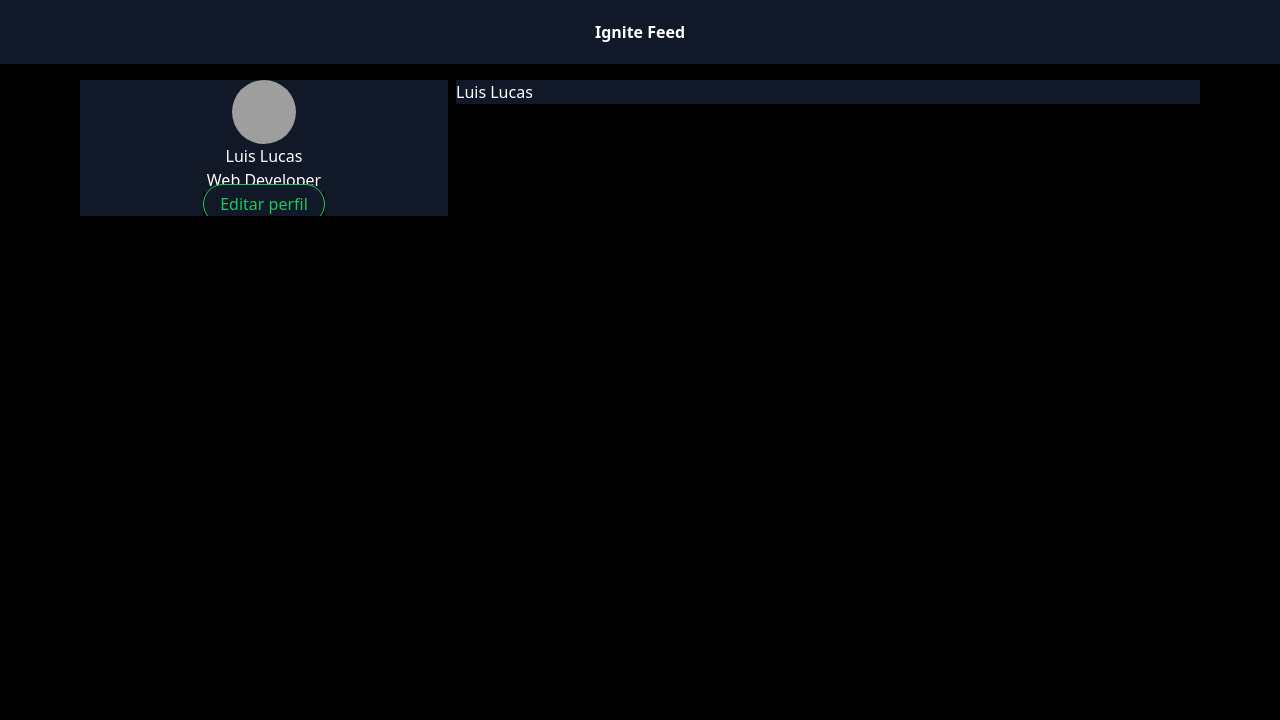
Repository: LuisSempre/ignite-feed
Page: /
The author's editor kept a copy of each file at every save. The page is drawn from the files as they stood at one save, then again after the next save.
The browser window is 1280 px wide. The pictures show the whole page.
Pictures or frames that could not be fetched are drawn as grey boxes. The project was rebuilt for these pictures with package versions that can differ from the ones it lists, and the page was loaded fresh each time. Also part of the build but not shown: vite.config.js.

Above is the page before, as saved 2022-07-13 21:36:17.

### src/App.jsx
import { Header } from "./Components/Header"
import { Sidebar } from "./Components/Sidebar"
function App() {
  return (
    <div>
      <Header />
      <div className="max-w-6xl mx-auto p-4 grid grid-cols-3 gap-2 items-start">
        <Sidebar />
        <div className="bg-gray-900 col-span-2">
          Luis Lucas
        </div>
      </div>
    </div>
  );
}

export default App;

### src/index.css
@tailwind base;
@tailwind components;
@tailwind utilities;

* {
    @apply bg-black text-white;
}

h1, span, a {
    @apply bg-gray-900
}

### src/Components/Header.jsx
export function Header() {
  return (
    <div className="flex max-w-7xl items-center justify-center h-16 bg-gray-900">
      <h1 className="font-bold bg-gray-900">Ignite Feed</h1>
    </div>
  )
}

### src/Components/Sidebar.jsx
export function Sidebar() {
  return (
    <div className="bg-gray-900 justify-center items-center flex flex-col text-center overflow-hidden object-cover">
      <img
        className="w-16 h-16 rounded-full"
        src="https://avatars.githubusercontent.com/u/32404639?v=4"
        alt=""
      />
      <h1>Luis Lucas</h1>
      <span>Web Developer</span>
      <div>
        <a href="" className="border border-green-500 px-4 py-2 rounded-full text-green-500">
            Editar perfil
        </a>
      </div>
    </div>
  );
}

Loaded but not shown: index.html (common file); src/main.jsx (common file); tailwind.config.js (common file)

After the next save:
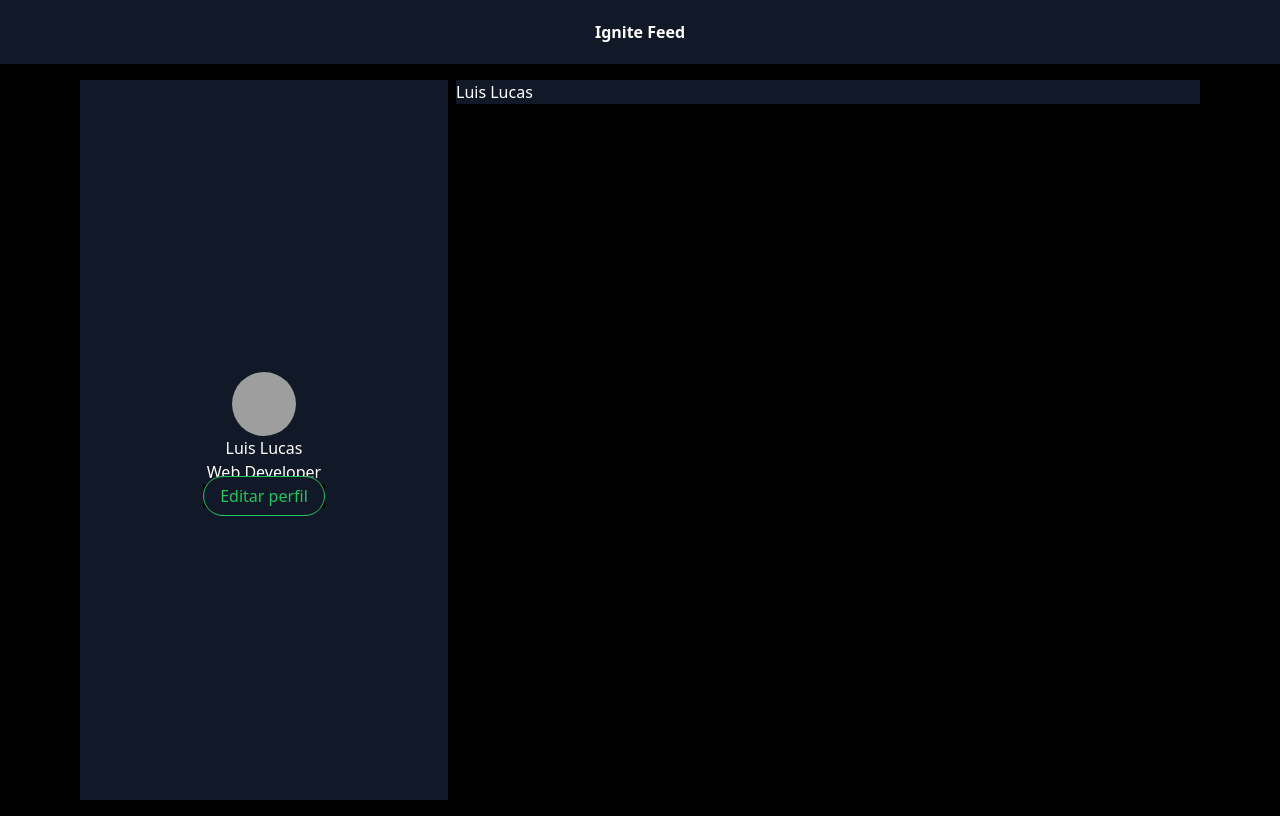
Saved 14 s later.
--- a/src/Components/Sidebar.jsx
+++ b/src/Components/Sidebar.jsx
@@ -1,6 +1,6 @@
 export function Sidebar() {
   return (
-    <div className="bg-gray-900 justify-center items-center flex flex-col text-center overflow-hidden object-cover">
+    <div className="bg-gray-900 justify-center items-center flex flex-col text-center overflow-hidden object-cover h-screen">
       <img
         className="w-16 h-16 rounded-full"
         src="https://avatars.githubusercontent.com/u/32404639?v=4"

After the save that followed:
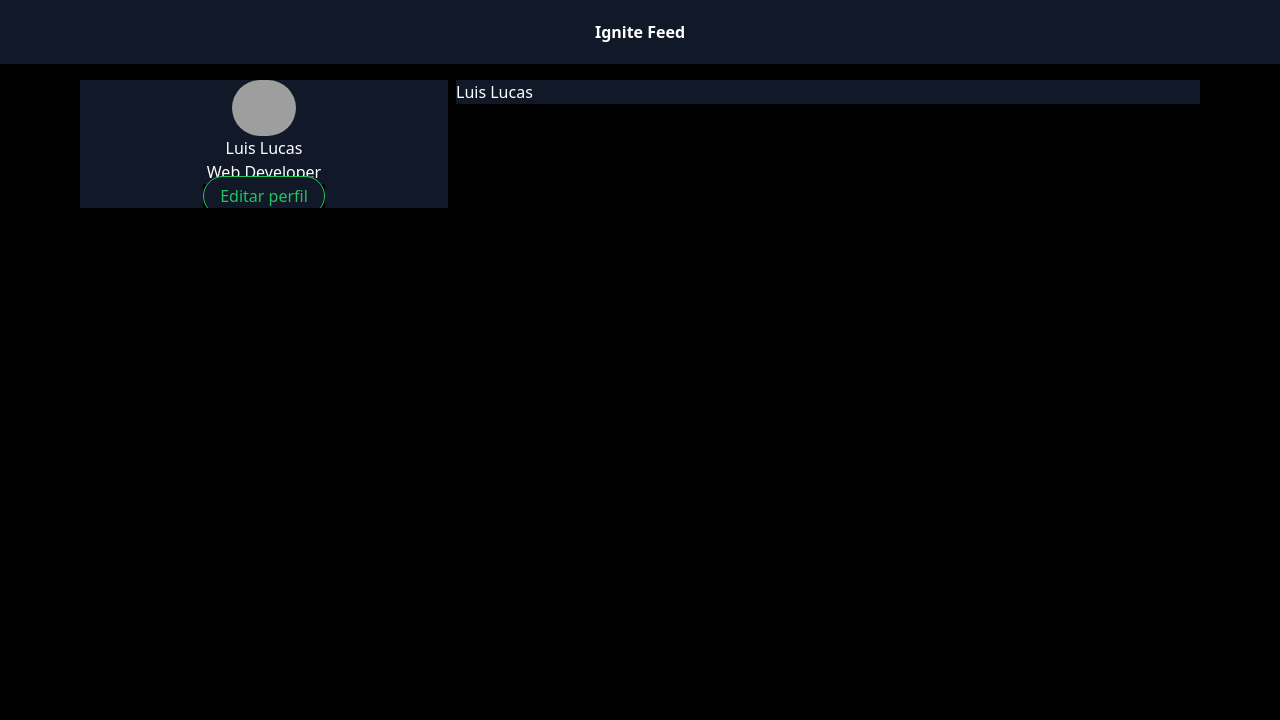
Saved 24 s later.
--- a/src/Components/Sidebar.jsx
+++ b/src/Components/Sidebar.jsx
@@ -1,6 +1,6 @@
 export function Sidebar() {
   return (
-    <div className="bg-gray-900 justify-center items-center flex flex-col text-center overflow-hidden object-cover h-screen">
+    <div className="bg-gray-900 justify-center items-center flex flex-col text-center overflow-hidden object-cover h-32">
       <img
         className="w-16 h-16 rounded-full"
         src="https://avatars.githubusercontent.com/u/32404639?v=4"
